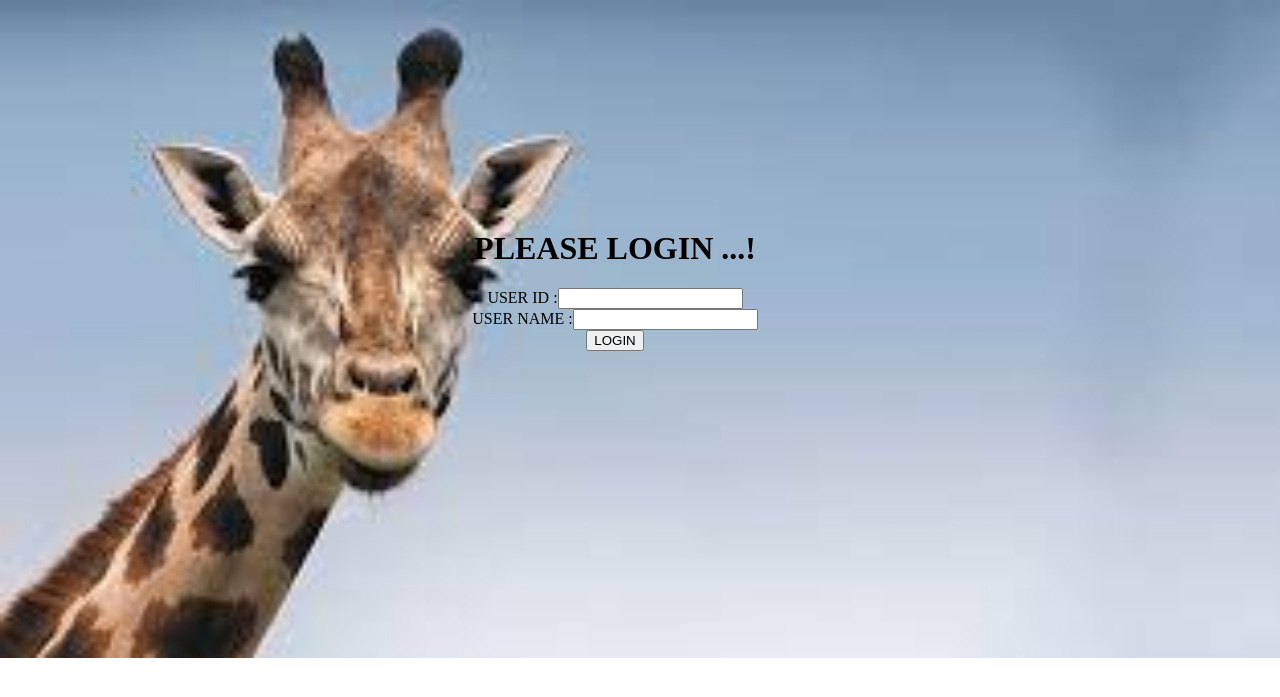
Repository: Thaneshwara848/E-Y
Page: Jdbc-Servlet-Jsp/Webemo5/src/main/webapp/LoginPage.html
The author's editor kept a copy of each file at every save. The page is drawn from the files as they stood at one save, then again after the next save.
The browser window is 1280 px wide. The pictures show the whole page.

Above is the page before, as saved 2023-05-22 06:39:53.

After the next save:
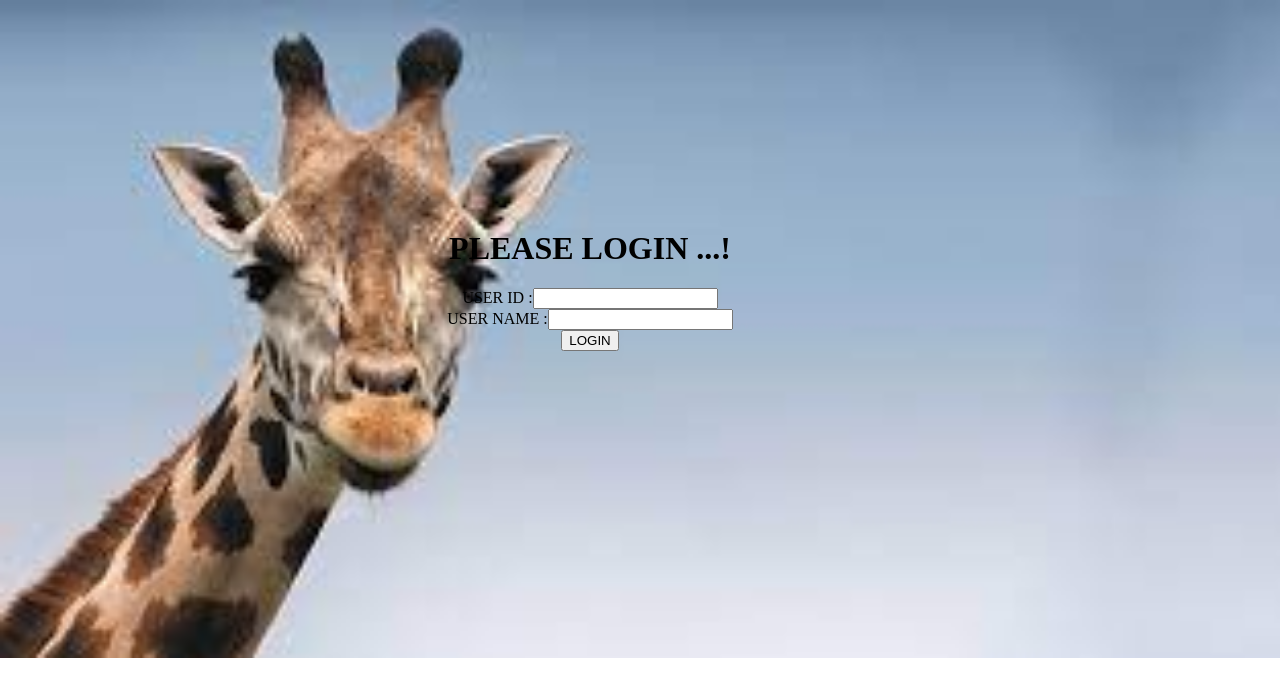
Saved 5 s later.
--- a/Jdbc-Servlet-Jsp/Webemo5/src/main/webapp/LoginPage.html
+++ b/Jdbc-Servlet-Jsp/Webemo5/src/main/webapp/LoginPage.html
@@ -13,7 +13,7 @@
 </style>
 </head>
 <body >
-<div style="text-align: center;margin-top: 230px;margin-right: 50px">
+<div style="text-align: center;margin-top: 230px;margin-right: 100px">
 
 	<form action="Login" method="POST">
 	<h1> PLEASE LOGIN ...!</h1>
